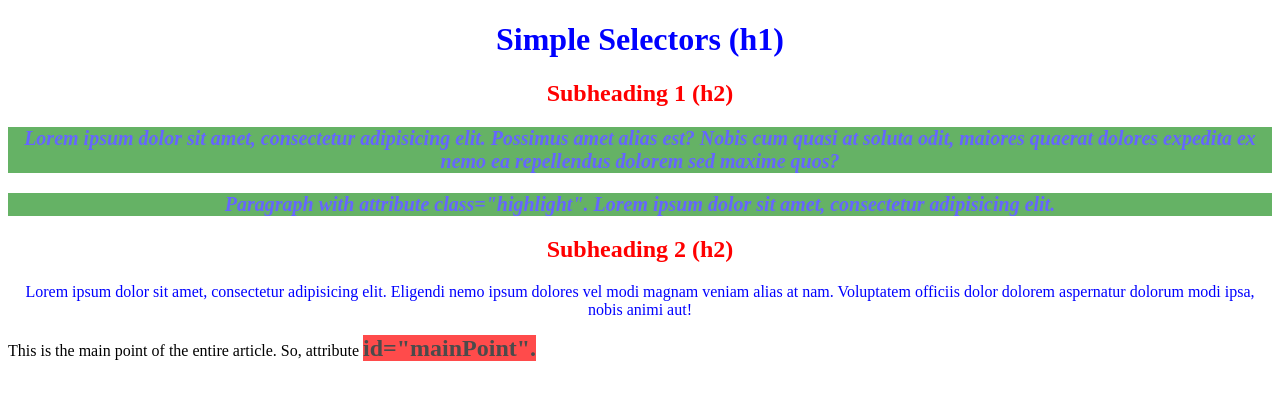
Repository: Aakarshit-Sharma19/Basic-HTML-and-CSS-Page-
Page: test.html
The author's editor kept a copy of each file at every save. The page is drawn from the files as they stood at one save, then again after the next save.
The browser window is 1280 px wide. The pictures show the whole page.

Above is the page before, as saved 2020-11-08 10:13:57.

After the next save:
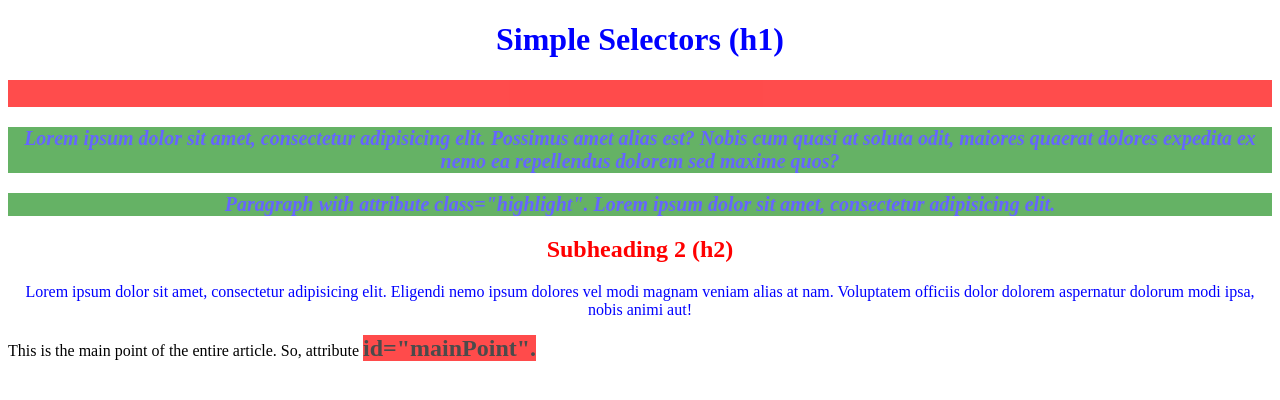
Saved 28 s later.
--- a/test.html
+++ b/test.html
@@ -40,7 +40,7 @@
 <body>
 
   <h1>Simple Selectors (h1)</h1>
-  <h2>Subheading 1 (h2)</h2>
+  <h2 id="mainPoint">Subheading 1 (h2)</h2>
   <p class="highlight">Lorem ipsum dolor sit amet, consectetur adipisicing elit. Possimus amet alias est? Nobis cum
     quasi at soluta odit, maiores quaerat dolores expedita ex nemo ea repellendus dolorem sed maxime quos?</p>
   <p class="highlight">Paragraph with attribute class="highlight". Lorem ipsum dolor sit amet, consectetur adipisicing
